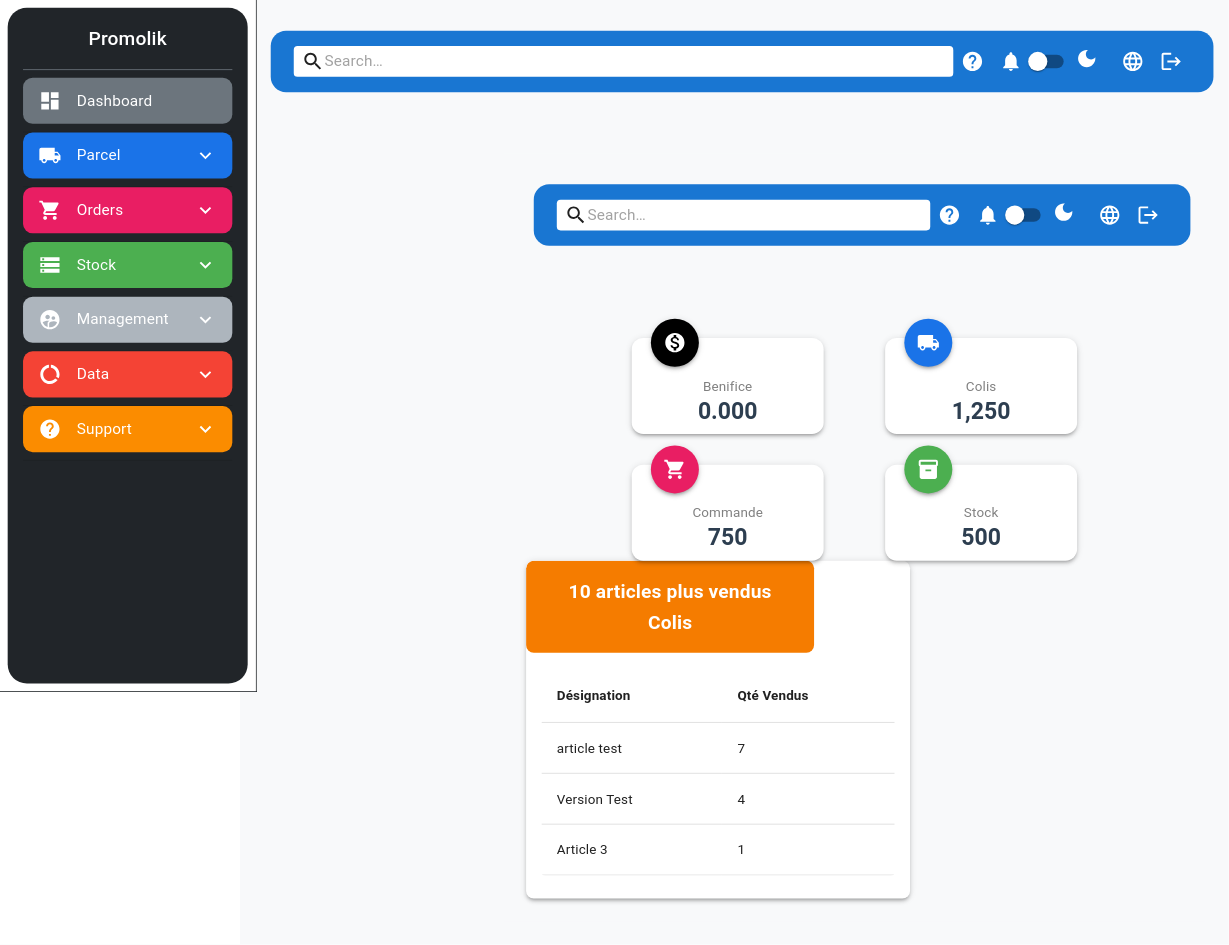
Repository: yosrjdly/stk
Page: /dashboard (app in dashboard/)
The author's editor kept a copy of each file at every save. The page is drawn from the files as they stood at one save, then again after the next save.
The browser window is 1280 px wide. The pictures show the whole page, at 96% of full size.
The project was rebuilt for these pictures with package versions that can differ from the ones it lists, and the page was loaded fresh each time. The framework's server and built-in components were replaced by stand-ins that run in the browser. Also part of the build but not shown: dashboard/next.config.ts.

Above is the page before, as saved 2025-02-14 18:12:24.

### dashboard/src/app/dashboard/Layout.tsx
"use client";

import { Box, CssBaseline, Toolbar } from "@mui/material";
import Sidebar from "../../componenets/sidebar/SideBar";
import Navbar from "../../componenets/navbar/Navbar"; // Assuming you have a Navbar component
import { ReactNode } from "react";

interface LayoutProps {
  children: ReactNode;
}

export default function Layout({ children }: LayoutProps) {
  return (
    <Box sx={{ display: "flex" }}>
      <CssBaseline />

      {/* Sidebar (Permanent) */}
      <Sidebar />

      {/* Main Content Area */}
      <Box
        component="main"
        sx={{

          flexGrow: 1,
          p: 3,
          width: `calc(100% - 250px)`, // Adjusting main content width to fit sidebar
          backgroundColor: "#f8f9fa",
          minHeight: "100vh",
        }}
      >
        {/* Navbar */}
        <Navbar />

        {/* Page Content */}
        <Toolbar /> {/* Keeps content from being hidden behind Navbar */}
        {children}
      </Box>
    </Box>
  );
}

### dashboard/src/app/dashboard/page.tsx
import DashboardStats from "@/componenets/cards/smallCard/StatisticCard";
import Layout from "../dashboard/Layout";
import TopSellingCard from "@/componenets/cards/mediumCard/TopSellingCard";

export default function DashboardHome() {
  return (
    <Layout>
    <DashboardStats/>
    <TopSellingCard/>
    </Layout>
  );
}

### dashboard/src/componenets/sidebar/SideBar.tsx
"use client";

import { useState } from "react";
import { useRouter, usePathname } from "next/navigation";
import {
  Drawer,
  List,
  ListItemButton,
  ListItemText,
  Collapse,
  Divider,
  Typography,
  Box,
  IconButton,
} from "@mui/material";
import { ExpandLess, ExpandMore, Brightness4, Brightness7 } from "@mui/icons-material";
import DashboardIcon from '@mui/icons-material/Dashboard';
import LocalShippingIcon from '@mui/icons-material/LocalShipping';
import ShoppingCartIcon from '@mui/icons-material/ShoppingCart';
import StorageIcon from '@mui/icons-material/Storage';
import SupervisedUserCircleIcon from '@mui/icons-material/SupervisedUserCircle';
import DataUsageIcon from '@mui/icons-material/DataUsage';
import HelpIcon from '@mui/icons-material/Help';

const menuItems = [
  {
    title: "Dashboard",
    path: "/dashboard",
    color: "#6c757d",
    icon: <DashboardIcon />,
  },
  {
    title: "Parcel",
    subItems: [
      { title: "Exchange List", path: "/dashboard/parcel/exchangeList" },
      { title: "Exchange Return", path: "/dashboard/parcel/exchangeReturn" },
      { title: "Exchange Creation", path: "/dashboard/parcel/exchangeCreation" },
      { title: "Package Creation", path: "/dashboard/parcel/packageCreation" },
      { title: "Package Edit", path: "/dashboard/parcel/packageEdit" },
      { title: "Package List", path: "/dashboard/parcel/packageList" },
      { title: "Parcel Return", path: "/dashboard/parcel/parcelReturn" },
    ],
    color: "#1a73e8",
    icon: <LocalShippingIcon />,
  },
  {
    title: "Orders",
    subItems: [
      { title: "Cash Sale", path: "/dashboard/orders/cashSale" },
      { title: "Orders", path: "/dashboard/orders/orders" },
    ],
    color: "#e91e63",
    icon: <ShoppingCartIcon />,
  },
  {
    title: "Stock",
    subItems: [
      { title: "Add Article", path: "/dashboard/stock/addArticle" },
      { title: "Entred Stock", path: "/dashboard/stock/entredStock" },
      { title: "Notification", path: "/dashboard/stock/notification" },
      { title: "Stock", path: "/dashboard/stock/stock" },
    ],
    color: "#4caf50",
    icon: <StorageIcon />,
  },
  {
    title: "Management",
    subItems: [
      { title: "Delivery Company", path: "/manegement/deliveryCompany" },
      { title: "Profile", path: "/dashboard/management/profile" },
      { title: "Profit", path: "/dashboard/management/profit" },
      { title: "Spending", path: "/dashboard/management/spending" },
      { title: "User", path: "/dashboard/management/user" },
    ],
    color: "#adb5bd",
    icon: <SupervisedUserCircleIcon />,
  },
  {
    title: "Data",
    subItems: [
      { title: "Archived Parcel", path: "/dashboard/data/archivedParcel" },
      { title: "Command Deleted", path: "/dashboard/data/commandDeleted" },
      { title: "Deleted Parcel", path: "/dashboard/data/deletedParcel" },
      { title: "Inventory Removed", path: "/dashboard/data/inventoryRemoved" },
    ],
    color: "#f44335",
    icon: <DataUsageIcon />,
  },
  {
    title: "Support",
    subItems: [
      { title: "About Us", path: "/dashboard/support/aboutUs" },
      { title: "Claims", path: "/dashboard/support/claims" },
      { title: "User Guide", path: "/dashboard/support/userGuide" },
    ],
    color: "#fb8c00",
    icon: <HelpIcon />,
  },
];

export default function Sidebar() {
  const router = useRouter();
  const pathname = usePathname();
  const [openSections, setOpenSections] = useState<Record<string, boolean>>({});

  const toggleSection = (title: string) => {
    setOpenSections((prev) => ({
      ...prev,
      [title]: !prev[title],
    }));
  };

  return (
    <Drawer variant="permanent" sx={{ width: 250, flexShrink: 0, marginTop: 2 }}>
      <Box sx={{ height: "100%", width: 250, padding: 2, backgroundColor: "#212529", borderRadius: 5, margin: 1 }}>
        <Typography variant="h6" sx={{ color: "white", textAlign: "center", mb: 2 }}>
          Promolik
        </Typography>
        <Divider sx={{ backgroundColor: "#6c757d" }} />
        <List>
          {menuItems.map((item, index) => {
            const isParentActive = item.subItems?.some((subItem) => pathname === subItem.path);

            return (
              <div key={index}>
                {item.subItems ? (
                  <>
                    <ListItemButton
                      sx={{
                        backgroundColor: item.color,
                        borderRadius: "10px",
                        marginBottom: 1,
                        color: "white",
                      }}
                      onClick={() => toggleSection(item.title)}
                    >
                      {item.icon}
                      <ListItemText primary={item.title} sx={{ ml: 2 }} />
                      {openSections[item.title] ? <ExpandLess /> : <ExpandMore />}
                    </ListItemButton>
                    <Collapse in={openSections[item.title]} timeout="auto" unmountOnExit>
                      <List component="div" disablePadding>
                        {item.subItems.map((subItem, subIndex) => (
                          <ListItemButton
                            key={subIndex}
                            sx={{
                              pl: 4,
                              backgroundColor: pathname === subItem.path ? item.color : "transparent",
                              borderRadius: pathname === subItem.path ? "10px" : "0px",
                              marginBottom: 1,
                              color: pathname === subItem.path ? "white" : "#ccc",
                            }}
                            onClick={() => router.push(subItem.path)}
                          >
                            <ListItemText primary={subItem.title} />
                          </ListItemButton>
                        ))}
                      </List>
                    </Collapse>
                  </>
                ) : (
                  <ListItemButton
                    sx={{
                      backgroundColor: pathname === item.path ? item.color : "transparent",
                      borderRadius: pathname === item.path ? "10px" : "0px",
                      marginBottom: 1,
                      color: pathname === item.path ? "white" : "#ccc",
                    }}
                    onClick={() => router.push(item.path)}
                  >
                    {item.icon}
                    <ListItemText primary={item.title} sx={{ ml: 2 }} />
                  </ListItemButton>
                )}
                <Divider />
              </div>
            );
          })}
        </List>
      </Box>
    </Drawer>
  );
}

### dashboard/src/componenets/navbar/Navbar.tsx
'use client';

import React, { useState } from 'react';
import { AppBar, Toolbar, IconButton, InputBase, Menu, MenuItem, Switch, FormControlLabel } from '@mui/material';
import { Search as SearchIcon, Help as HelpIcon, Notifications as NotificationsIcon, Language as LanguageIcon, Logout as LogoutIcon, DarkMode as DarkModeIcon } from '@mui/icons-material';
import { useTheme } from '@mui/material/styles';

const Navbar = () => {
  const [anchorEl, setAnchorEl] = useState(null);
  const [themeMode, setThemeMode] = useState(false); // Dark mode state

  const theme = useTheme();

  const handleMenuOpen = (event) => {
    setAnchorEl(event.currentTarget);
  };

  const handleMenuClose = () => {
    setAnchorEl(null);
  };

  const toggleTheme = () => {
    setThemeMode((prev) => !prev);
    // You can add a theme switcher logic here (like changing the theme color)
  };

  return (
    <AppBar
      position="sticky"
      sx={{
        mx: 1,
        mt: 1,
        borderRadius: '16px',
        boxShadow: 'none',
        backdropFilter: 'blur(10ppx',
        zIndex: 1200,
      }}
    >
      <Toolbar>
        {/* Search Bar */}
        <InputBase
          placeholder="Search…"
          startAdornment={<SearchIcon />}
          sx={{ flexGrow: 1, backgroundColor: theme.palette.background.default, borderRadius: '4px', paddingLeft: '8px' }}
        />

        {/* Help Icon */}
        <IconButton color="inherit" onClick={handleMenuOpen}>
          <HelpIcon />
        </IconButton>

        {/* Notifications Icon */}
        <IconButton color="inherit">
          <NotificationsIcon />
        </IconButton>

        {/* Theme Switch */}
        <FormControlLabel
          control={<Switch checked={themeMode} onChange={toggleTheme} />}
          label={<DarkModeIcon />}
        />

        {/* Language Icon */}
        <IconButton color="inherit">
          <LanguageIcon />
        </IconButton>

        {/* Logout Icon */}
        <IconButton color="inherit">
          <LogoutIcon />
        </IconButton>
      </Toolbar>

      {/* Help Icon Menu */}
      <Menu
        anchorEl={anchorEl}
        open={Boolean(anchorEl)}
        onClose={handleMenuClose}
      >
        <MenuItem onClick={handleMenuClose}>Help Center</MenuItem>
        <MenuItem onClick={handleMenuClose}>Contact Support</MenuItem>
      </Menu>
    </AppBar>
  );
};

export default Navbar;

### dashboard/src/componenets/cards/smallCard/StatisticCard.tsx
'use client';

import React from 'react';
import { Card, CardContent, Typography, Box } from '@mui/material';
import MonetizationOnIcon from '@mui/icons-material/MonetizationOn';
import LocalShippingIcon from '@mui/icons-material/LocalShipping';
import ShoppingCartIcon from '@mui/icons-material/ShoppingCart';
import InventoryIcon from '@mui/icons-material/Inventory';

const StatisticCard = ({
  title,
  value,
  icon,
  bgColor,
}: {
  title: string;
  value: string;
  icon: React.ReactNode;
  bgColor: string;
}) => {
  return (
    <Box sx={{ position: 'relative', display: 'inline-block', mx: 2 }}>
      {/* Floating Icon */}
      <Box
        sx={{
          position: 'absolute',
          top: -20,
          left: 20,
          width: 50,
          height: 50,
          borderRadius: '50%',
          backgroundColor: bgColor,
          display: 'flex',
          alignItems: 'center',
          justifyContent: 'center',
          boxShadow: 3,
        }}
      >
        {icon}
      </Box>

      {/* Card */}
      <Card
        sx={{
          width: 200,
          height: 100,
          borderRadius: 3,
          textAlign: 'center',
          boxShadow: 3,
          backgroundColor: 'white',
          pt: 3,
        }}
      >
        <CardContent>
          <Typography variant="body2" sx={{ color: 'gray' }}>
            {title}
          </Typography>
          <Typography variant="h5" sx={{ fontWeight: 'bold', color: '#2D3E50' }}>
            {value}
          </Typography>
        </CardContent>
      </Card>
    </Box>
  );
};

const DashboardStats = () => {
  const stats = [
    { title: 'Benifice', value: '0.000', icon: <MonetizationOnIcon sx={{ color: 'white' }} />, bgColor: 'black' },
    { title: 'Colis', value: '1,250', icon: <LocalShippingIcon sx={{ color: 'white' }} />, bgColor: '#1a73e8' },
    { title: 'Commande', value: '750', icon: <ShoppingCartIcon sx={{ color: 'white' }} />, bgColor: '#e91e63' },
    { title: 'Stock', value: '500', icon: <InventoryIcon sx={{ color: 'white' }} />, bgColor: '#4caf50' },
  ];

  return (
    <Box display="flex" justifyContent="center" gap={4} flexWrap="wrap" mt={4}>
      {stats.map((stat, index) => (
        <StatisticCard key={index} title={stat.title} value={stat.value} icon={stat.icon} bgColor={stat.bgColor} />
      ))}
    </Box>
  );
};

export default DashboardStats;

### dashboard/src/componenets/cards/mediumCard/TopSellingCard.tsx
"use client";

import { Card, CardContent, Typography, Table, TableBody, TableCell, TableContainer, TableHead, TableRow, Paper } from "@mui/material";

const data = [
  { name: "article test", quantity: 7 },
  { name: "Version Test", quantity: 4 },
  { name: "Article 3", quantity: 1 },
];

const TopSellingCard = () => {
  return (
    <Card sx={{ maxWidth: 400, borderRadius: 2, boxShadow: 3, overflow: "hidden" }}>
      <CardContent sx={{ backgroundColor: "#f57c00", color: "white", textAlign: "center", padding: 2 ,borderRadius: 2 ,width:300}}>
        <Typography variant="h6" fontWeight="bold">
          10 articles plus vendus
        </Typography>
        <Typography variant="h6" fontWeight="bold">
          Colis
        </Typography>
      </CardContent>
      <CardContent>
        <TableContainer component={Paper} elevation={0} sx={{ boxShadow: "none" }}>
          <Table>
            <TableHead>
              <TableRow>
                <TableCell sx={{ fontWeight: "bold" }}>Désignation</TableCell>
                <TableCell sx={{ fontWeight: "bold" }}>Qté Vendus</TableCell>
              </TableRow>
            </TableHead>
            <TableBody>
              {data.map((item, index) => (
                <TableRow key={index}>
                  <TableCell>{item.name}</TableCell>
                  <TableCell>{item.quantity}</TableCell>
                </TableRow>
              ))}
            </TableBody>
          </Table>
        </TableContainer>
      </CardContent>
    </Card>
  );
};

export default TopSellingCard;

Loaded but not shown: dashboard/src/app/layout.tsx (common file); dashboard/src/app/globals.css (common file)

After the next save:
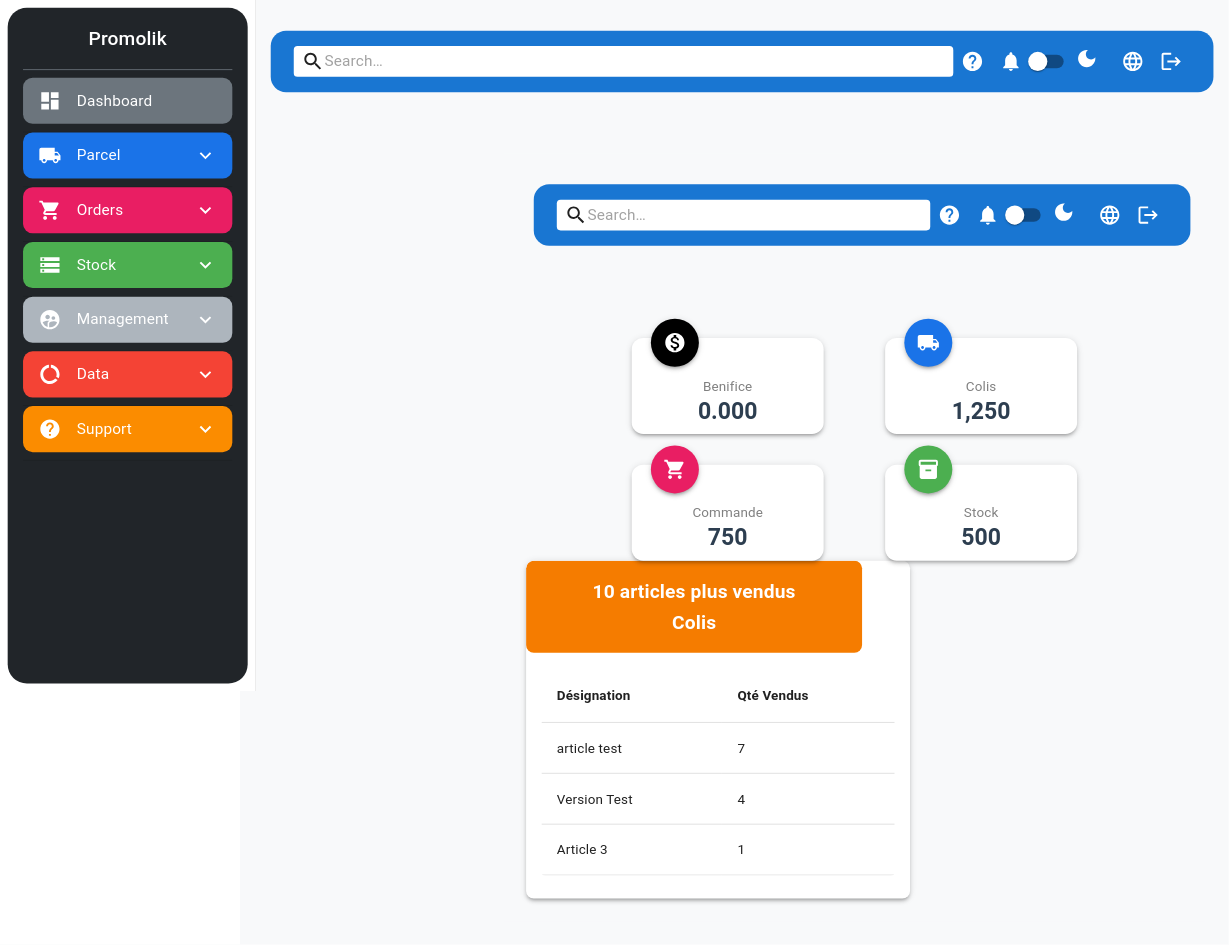
Saved 12 s later.
--- a/dashboard/src/componenets/cards/mediumCard/TopSellingCard.tsx
+++ b/dashboard/src/componenets/cards/mediumCard/TopSellingCard.tsx
@@ -11,7 +11,7 @@ const data = [
 const TopSellingCard = () => {
   return (
     <Card sx={{ maxWidth: 400, borderRadius: 2, boxShadow: 3, overflow: "hidden" }}>
-      <CardContent sx={{ backgroundColor: "#f57c00", color: "white", textAlign: "center", padding: 2 ,borderRadius: 2 ,width:300}}>
+      <CardContent sx={{ backgroundColor: "#f57c00", color: "white", textAlign: "center", padding: 2 ,borderRadius: 2 ,width:350}}>
         <Typography variant="h6" fontWeight="bold">
           10 articles plus vendus
         </Typography>
